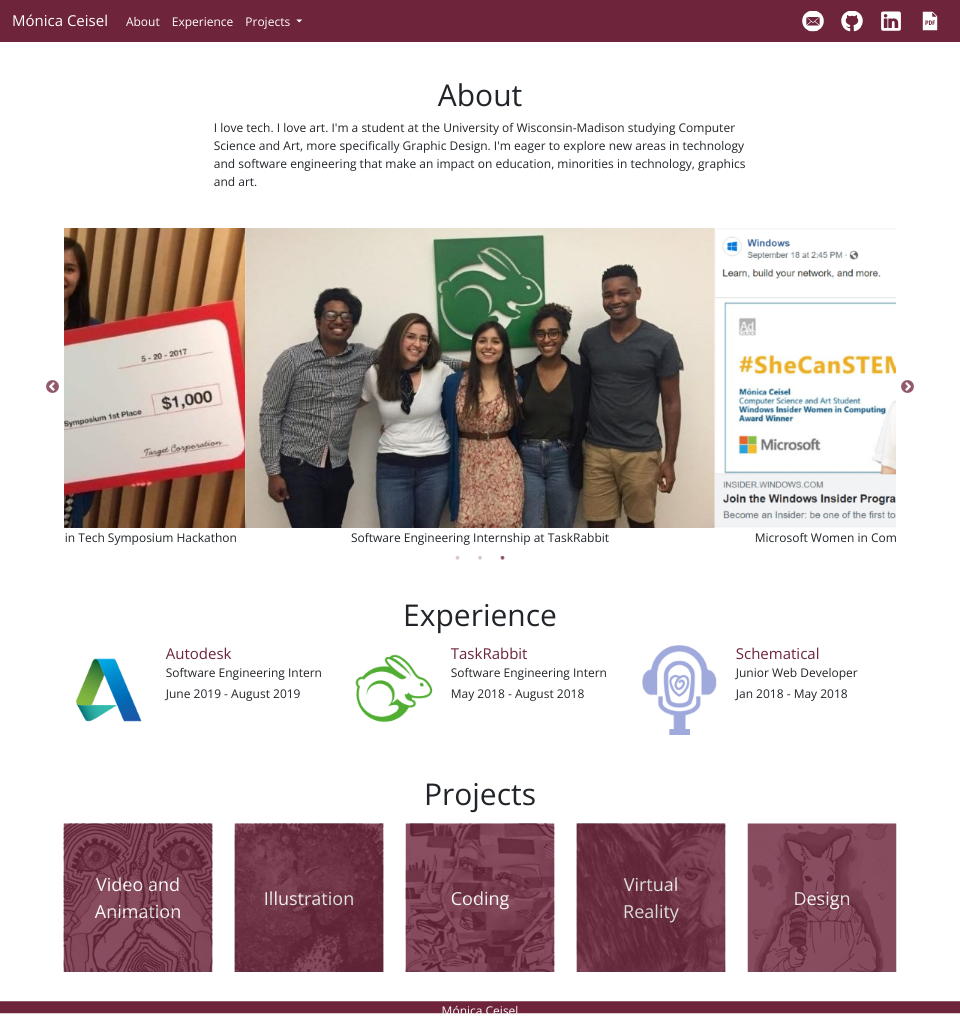
Repository: ceiselm/ceiselm.github.io
Page: index.html
These files come from the project's save history. The page is drawn as it stood at one moment and after the next save; the edit follows.
The browser window is 1280 px wide. The pictures show the whole page, at 75% of full size.

Above is the page before, as saved 2019-07-12 06:55:32.

### index.html
<!DOCTYPE html>
<html lang="en">

<head>
  <meta charset="utf-8">
  <meta http-equiv="X-UA-Compatible" content="IE=edge">
  <meta name="viewport" content="width=device-width, initial-scale=1">
  <title>M&oacute;nica Ceisel</title>
  <!-- Bootstrap -->
  <link href="css/bootstrap-4.2.1.css" rel="stylesheet">
  <!-- slick -->
  <link rel="stylesheet" type="text/css" href="slick/slick.css" />
  <!-- Add the new slick-theme.css if you want the default styling -->
  <link rel="stylesheet" type="text/css" href="slick/slick-theme.css" />
  <!-- font -->
  <link href="https://fonts.googleapis.com/css?family=Open+Sans&display=swap" rel="stylesheet">
  <!-- overwrites -->
  <link href="css/home.css" rel="stylesheet">
</head>

<body>
  <nav class="navbar navbar-expand-lg navbar-dark bg-dark">
    <a class="navbar-brand" href="./index.html">M&oacute;nica Ceisel</a>
    <button class="navbar-toggler" type="button" data-toggle="collapse" data-target="#navbarSupportedContent"
      aria-controls="navbarSupportedContent" aria-expanded="false" aria-label="Toggle navigation">
      <span class="navbar-toggler-icon"></span>
    </button>
    <div class="collapse navbar-collapse" id="navbarSupportedContent">
      <ul class="navbar-nav mr-auto">
        <li class="nav-item">
          <a class="nav-link" href="#startAbout">About</a>
        </li>
        <li class="nav-item">
          <a class="nav-link" href="#startExperience">Experience</a>
        </li>
        <li class="nav-item dropdown">
          <a class="nav-link dropdown-toggle" href="#" id="navbarDropdown" role="button" data-toggle="dropdown"
            aria-haspopup="true" aria-expanded="false">
            Projects
          </a>
          <div class="dropdown-menu" aria-labelledby="navbarDropdown">
            <a class="dropdown-item" href="./subpages/coding.html">Coding</a>
            <div class="dropdown-divider"></div>
            <a class="dropdown-item" href="./subpages/illustration.html">Illustration</a>
            <a class="dropdown-item" href="./subpages/design.html">Design</a>
            <a class="dropdown-item" href="./subpages/virtualreality.html">Virtual Reality</a>
            <a class="dropdown-item" href="./subpages/videoandanimation.html">Video and Animation</a>
          </div>
        </li>
      </ul>
    </div>
    <!--		HAVE ICONS APPEAR ON BOTTOM FOR RESPONSIVE!-->
    <div class="navabar navbar-collapse">
      <ul class="navbar-nav ml-auto">
        <li class="nav-item">
          <a target="_blank" href="mailto:ceiselm@gmail.com"><img class="contact-icon" src="images/social/mail.svg"
              title="ceiselm@gmail.com" alt="mail"></a>
          <a target="_blank" href="https://github.com/ceiselm"><img class="contact-icon" src="images/social/github.svg"
              title="ceiselm" alt="github"></a>
          <a target="_blank" href="https://www.linkedin.com/in/monicaceisel/"><img class="contact-icon" src="images/social/linkedin.svg"
              title="monicaceisel" alt="linkedin"></a>
          <!-- <a target="_blank" href="https://twitter.com/Momonimations"><img class="contact-icon" src="images/social/twitter.svg" title="Momonimations" alt="twitter"></a> -->
          <a target="_blank" href="https://drive.google.com/file/d/1QmD4gdm7__M2SBpGTWKV59mZdb-YG6Mg/view?usp=sharing"><img
              class="contact-icon" src="images/social/pdf.svg" title="Resume" alt="resume"></a>
        </li>
      </ul>
    </div>
  </nav>
  <!-- <hr> -->
  <div class="portion">
    <section>
      <div class="text-center mt-2">
        <div class="container">
          <div class="row">
            <div class="col-12">
              <h1 id="startAbout">About</h1>
              <div class="container">
                <div class="row justify-content-center">
                  <div class="col col-md-8">
                    <p align="left">I love tech. I love art. I'm a student at the University of Wisconsin-Madison
                      studying Computer Science and Art,
                      more specifically Graphic Design. I'm eager to explore new areas in technology and software
                      engineering that
                      make an impact on education, minorities in technology, graphics and art.
                    </p>
                  </div>
                </div>
              </div>
              <!--				https://insider.windows.com/en-us/community-news/how-this-coder-artist-grew-superpowers-to-create/-->
              <!--				https://insider.windows.com/en-us/community-news/extraordinary-women-in-computing/-->

              <!-- <div class="wrapper"> -->
              <div class="portion">
                <div class="slides">
                  <div><img class="slide-item" src="images/carousel/Microsoft.png" alt="First slide">Microsoft Women in
                    Computing Award Winner</div>
                  <div><img class="slide-item" src="images/carousel/Target.jpg" alt="Second slide">1st Place for the
                    Target Women in Tech Symposium Hackathon</div>
                  <div><img class="slide-item" src="images/carousel/TaskRabbit.jpg" alt="Third slide">Software
                    Engineering Internship at TaskRabbit</div>
                </div>
              </div>
            </div>
          </div>
        </div>
      </div>
    </section>
  </div>
  <!-- <hr> -->
  <div class="portion">
    <section>
      <div class="container">
        <div class="row">
          <div class="col-12 text-center">
            <h1 id="startExperience">Experience</h1>
            <!-- <p>Lorem ipsum dolor sit amet, consectetur adipisicing elit. Quibusdam, magni, doloribus, possimus eum sapiente deleniti doloremque fugit ut expedita molestiae iusto debitis eveniet modi obcaecati ipsam quos quis labore dicta.</p> -->
          </div>
        </div>
      </div>
    </section>
    <section>
      <div class="container mt-2">
        <div class="row">
          <div class="col-md-4 col-12">
            <ul class="list-unstyled">
              <li class="media">
                <img class="mr-3" src="images/companies/120px-Autodesk_logo.svg.png" alt="Generic placeholder image">
                <div class="media-body">
                  <h5 class="mt-0 mb-1"><a href="https://www.autodesk.com/">Autodesk</a></h5>
                  <h6>Software Engineering Intern</h6>
                  <h6>June 2019 - August 2019</h6>
                </div>
              </li>
            </ul>
          </div>
          <div class="col-md-4 col-12">
            <ul class="list-unstyled">
              <li class="media">
                <img class="mr-3" src="images/companies/taskrabbit_logo.png" alt="Generic placeholder image">
                <div class="media-body">
                  <h5 class="mt-0 mb-1"><a href="https://www.taskrabbit.com/">TaskRabbit</a></h5>
                  <h6>Software Engineering Intern</h6>
                  <h6>May 2018 - August 2018</h6>
                </div>
              </li>
            </ul>
          </div>
          <div class="col-md-4 col-12">
            <ul class="list-unstyled">
              <li class="media">
                <img class="mr-3" src="images/companies/castdex_logo.png" alt="Generic placeholder image">
                <div class="media-body">
                  <h5 class="mt-0 mb-1"><a href="http://www.castdex.com/">Schematical</a></h5>
                  <h6>Junior Web Developer</h6>
                  <h6>Jan 2018 - May 2018</h6>
                </div>
              </li>
            </ul>
          </div>
        </div>
      </div>
    </section>
  </div>
  <!-- <hr> -->
  <div class="portion">
    <section>
      <div class="container">
        <div class="row">
          <div class="col-12 text-center">
            <h1>Projects</h1>
            <!-- <p>Lorem ipsum dolor sit amet, consectetur adipisicing elit. Officia, et, placeat !</p> -->
          </div>
        </div>
        <div class="row mt-2">

          <div class="col-md mt-md-0 mt-1">
            <a href="#">
              <img class="image img-fluid float-right" src="images/buttons/Button03.png" alt="">
              <div class="overlay">
                <div class="text">Video and Animation</div>
              </div>
            </a>
          </div>

          <div class="col-md mt-md-0 mt-1">
            <a href="#">
              <img class="image img-fluid float-left" src="images/buttons/Button01.png" alt="">
              <div class="overlay">
                <div class="text">Illustration</div>
              </div>
            </a>
          </div>

          <div class="col-md mt-md-0 mt-1">
            <a href="#">
              <img class="image img-fluid float-left" src="images/buttons/Button05.png" alt="" href="#">
              <div class="overlay">
                <div class="text">Coding</div>
              </div>
            </a>
          </div>
          <div class="col-md mt-md-0 mt-1">
            <a href="#">
              <img class="image img-fluid float-right" src="images/buttons/Button04.png" alt="" href="#">
              <div class="overlay">
                <div class="text">Virtual Reality</div>
              </div>
            </a>
          </div>
          <div class="col-md mt-md-0 mt-1">
            <a href="#">
              <img class="image img-fluid float-left" src="images/buttons/Button02.png" alt="" href="#">
              <div class="overlay">
                <div class="text">Design</div>
              </div>
            </a>
          </div>
        </div>
      </div>
    </section>
  </div>

  <div class="portion">
        <div class="footer">
          <div class="container">
            <div class="row"></div>
              M&oacute;nica Ceisel
            </div>
          </div>
        </div>
    <!-- <div class="footer"></div> -->
  </div>
  <!-- jQuery (necessary for Bootstrap's JavaScript plugins) -->
  <script src="js/jquery-3.3.1.min.js"></script>
  <!-- Include all compiled plugins (below), or include individual files as needed -->
  <script src="js/popper.min.js"></script>
  <script src="js/bootstrap-4.2.1.js"></script>
  <script src="js/index.js"></script>
  <!-- slick -->
  <script type="text/javascript" src="slick/slick.min.js"></script>
</body>

</html>

### css/home.css
@charset "utf-8";
/* CSS Document */

body {
  font-family: 'Open Sans', sans-serif;
}

.footer {
  left: 0;
  bottom: 0;
  width: 100%;
  background-color: #6E243B;
  color: white;
  text-align: center;
  height: 1rem;
}

.footer-text {
  margin-top: 25%;
  font-size: .5rem;
}

.contact-icon {
    height: 1.8em;
    width: 3em;

}

.contact-icon:hover {
    position: relative;
	opacity: .8;
}

.bg-dark {
  background-color: #6E243B !important;
}

.navbar-dark .navbar-nav .nav-link {
    color: rgba(255, 255, 255, 255);
}

h5 {
	color: #6E243B;
}

h5:hover, h5:link, h5:focus {
	color: #EDA200;
}

a {
	text-decoration: none !important;
	color: inherit;
}

a:hover, a:link, a:focus {
	color: inherit;
}

.image {
  position:relative;
  display: block;
  width: 100%;
  height: auto;
  opacity: 0.9;
  transition: 1s ease;
  -webkit-filter: grayscale(100%); /* Safari 6.0 - 9.0 */
  filter: grayscale(100%);
}

.overlay {
  position: relative;
  top: 0;
  bottom: 0;
  left: 0;
  right: 0;
  height: 100%;
  width: 100%;
  opacity: 0.8;
  background-color: #6E243B;
}

.col-md:hover .image {
  opacity: 1;
  -webkit-filter: grayscale(0%); /* Safari 6.0 - 9.0 */
  filter: grayscale(0%);
}

.col-md:hover .overlay {
  opacity: 0;
}


.text {
  color: white;
  font-size: 18pt;
  position: absolute;
  top: 50%;
  left: 50%;
  opacity: 1 !important;
  -webkit-transform: translate(-50%, -50%);
  -ms-transform: translate(-50%, -50%);
  transform: translate(-50%, -50%);
  text-align: center;
}


.slide-item {
  width: 100%;
}


.slick-prev:before {
  color: #6E243B;
}

.slick-next:before {
  color: #6E243B;
}

.slick-dots li.slick-active button::before {
  color: #6E243B;
}

.slick-dots li button::before {
  color: #6E243B;
}

.portion {
  padding-top: 3%;
}

### js/index.js
$(document).ready(function(){
  $('.slides').slick({
    centerMode: true,
    centerPadding: '60px',
    slidesToShow: 1,
    slidesToScroll: 1,
    adaptiveHeight: true,
    dots: true,
    arrows: true,
    variableWidth: true,
    autoplay: true,
    autoplaySpeed: 2000,
    responsive: [
      {
        breakpoint: 768,
        settings: {
          arrows: false,
          centerMode: true,
          centerPadding: '40px',
          slidesToShow: 1
        }
      },
      {
        breakpoint: 480,
        settings: {
          arrows: false,
          centerMode: true,
          centerPadding: '40px',
          slidesToShow: 1
        }
      }
    ]

  });
});

Loaded but not shown: css/bootstrap-4.2.1.css (library); slick/slick.css (common file); slick/slick-theme.css (library); js/jquery-3.3.1.min.js (library); js/popper.min.js (library); js/bootstrap-4.2.1.js (library); slick/slick.min.js (library)

After the next save:
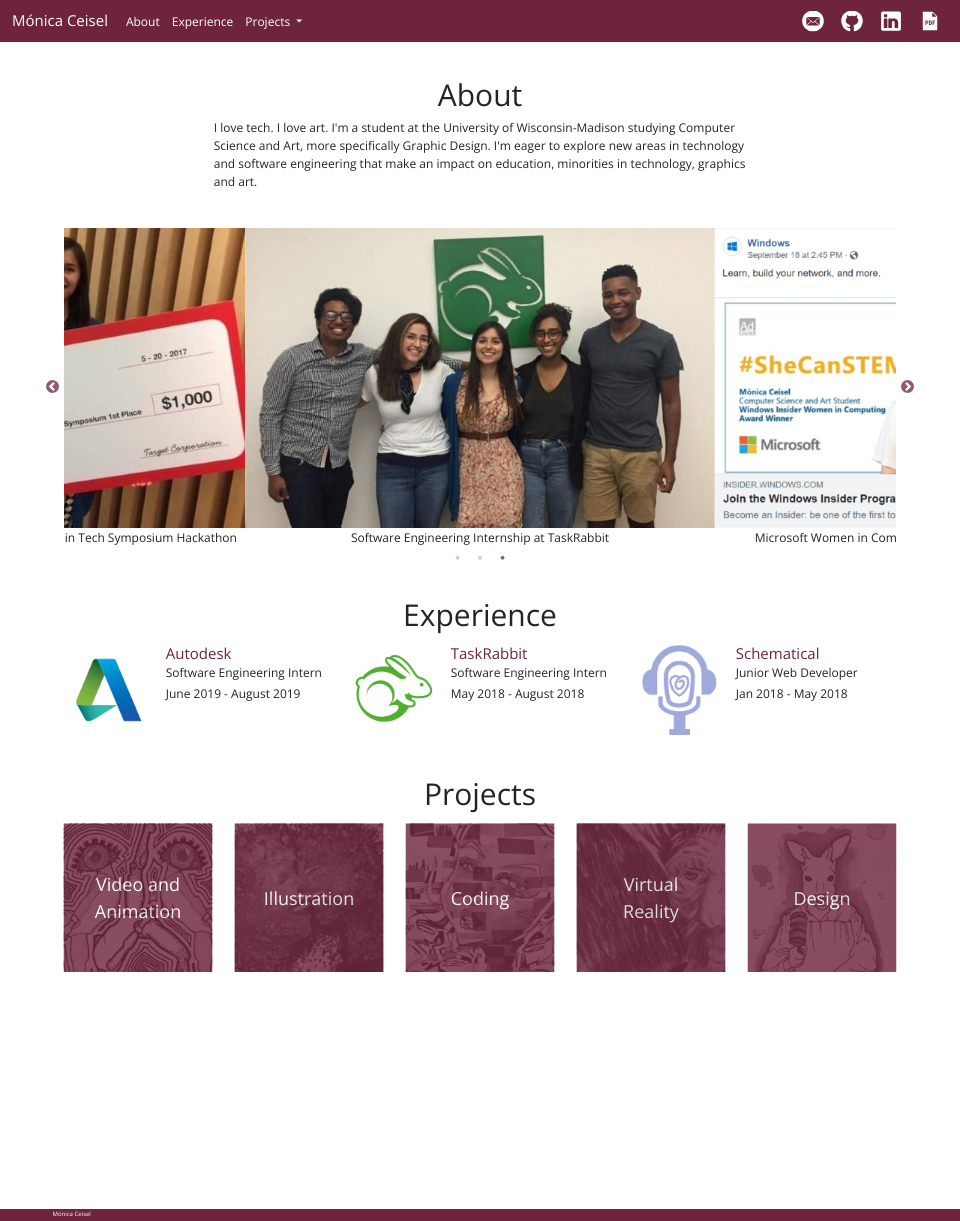
Saved 15 s later.
--- a/index.html
+++ b/index.html
@@ -223,7 +223,7 @@
   <div class="portion">
         <div class="footer">
           <div class="container">
-            <div class="row"></div>
+            <div class="row footer-text">
               M&oacute;nica Ceisel
             </div>
           </div>
